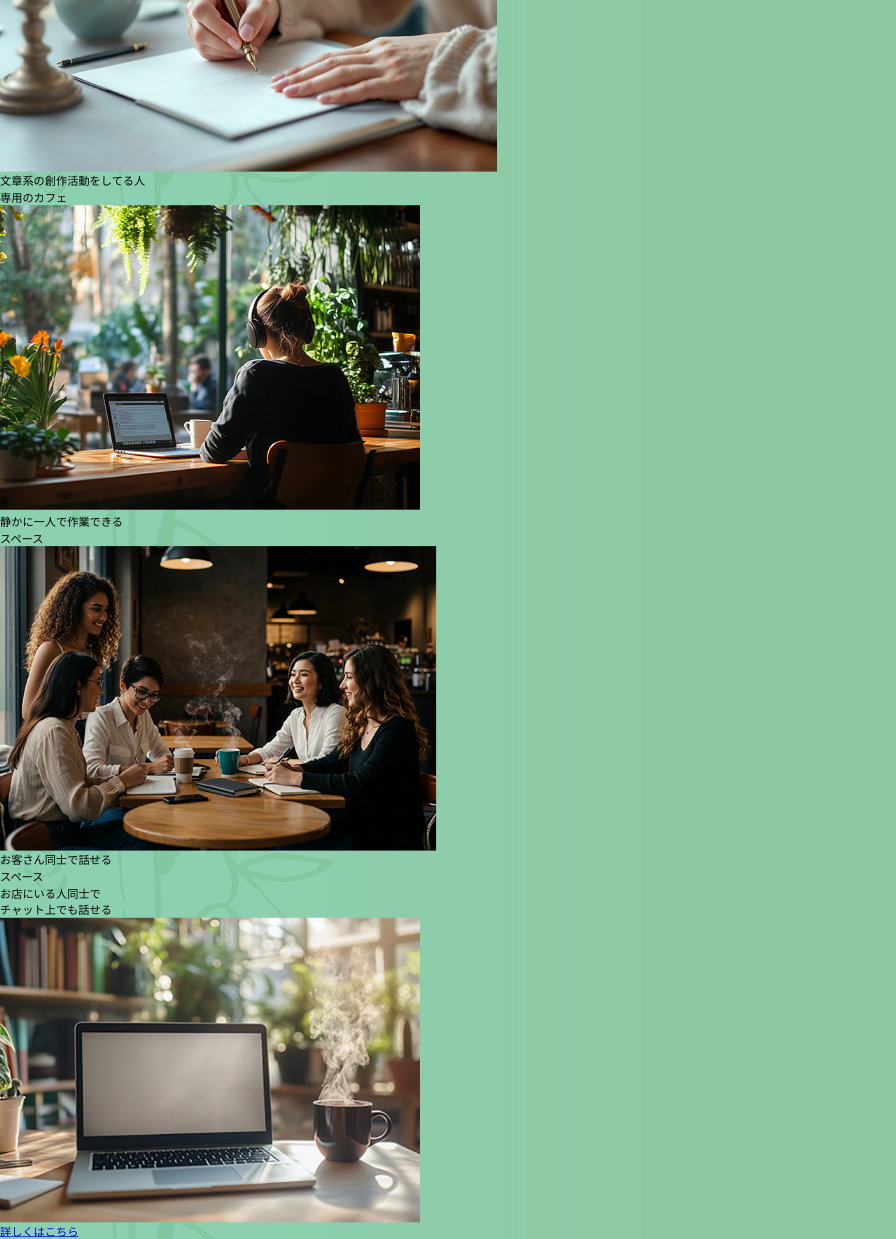
Repository: saka-kou/GardenStory
Page: index.html
An editor plug-in stored every save of this project. The page is shown before and after the next save, followed by the edit.
The browser window is 1280 px wide. The pictures show the part of the page from y = 583 to 2503 px (the page is 2353 px tall before and 2529 px after), at 70% of full size.
A picture or video elsewhere on the page could not be fetched, so the positions and the page height are approximate.

Above is the page before, as saved 2025-07-23 17:00:36.

### index.html
<!DOCTYPE html>
<html lang="en">
<head>
    <meta charset="UTF-8">
    <meta name="viewport" content="width=device-width, initial-scale=1.0">
    <title>物語庭園</title>
    <link rel="stylesheet" href="css/index.css">
</head>
<body>
    <h1><img src="images/logo.png" alt="物語庭園ロゴ"></h1>
    <div id="container">

        <h1>物語庭園について</h1>
        <ul id="gnavi">
            <li>物語庭園について</li>
            <li>メニュー</li>
            <li>利用料金</li>
            <li>アクセス</li>
            <li>トピックス</li>
        </ul>
        <img src="images/write.jpeg" alt="文創" class="leftimg">
        <p class="consept-text">文章系の創作活動をしてる人<br>
        専用のカフェ
        </p>
        <img src="images/work.jpeg" alt="作業" class="rightimag">
        <p class="consept-text">静かに一人で作業できる<br>
        スペース
        </p>
        <img src="images/talk.jpeg" alt="話せる" class="leftimg">
        <p class="consept-text">お客さん同士で話せる<br>
        スペース
        </p>
        <p class="consept-text">お店にいる人同士で<br>
        チャット上でも話せる
        </p>
        <img src="images/Website.jpeg" alt="Webサイト" class="rightimg">
        <p><a href="#">詳しくはこちら</a></p>
    </div>
</body>
</html>

### css/index.css
*{
    margin: 0;
    padding: 0;
}
body{
    background-image: url("../images/壁紙例2.webp");
    /*background-color: #5BBB8F;*/
}
#gnavi{
    display: flex;
    list-style-type: none;
    width: 100%;
    background-color: rgba(171, 215, 183, 0.45);
}
.leftimg{
    display: flex;
}
.rightimg{
    display: flex;
}

After the next save:
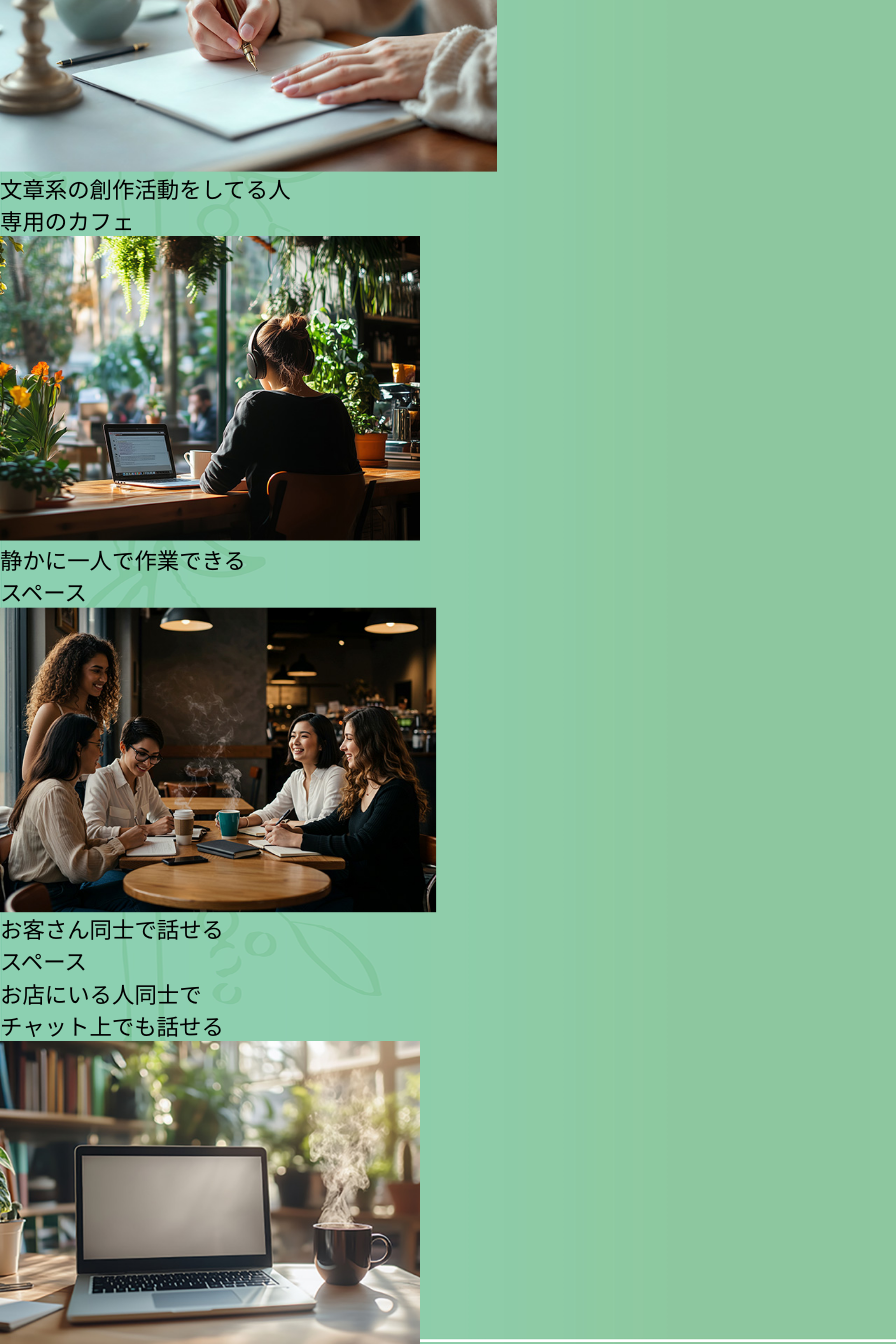
Saved 5 min 18 s later.
--- a/css/index.css
+++ b/css/index.css
@@ -12,6 +12,10 @@
     width: 100%;
     background-color: rgba(171, 215, 183, 0.45);
 }
+.consept-text{
+    font-family: Optima , sans-serif;
+    font-size: 32px;
+}
 .leftimg{
     display: flex;
 }
